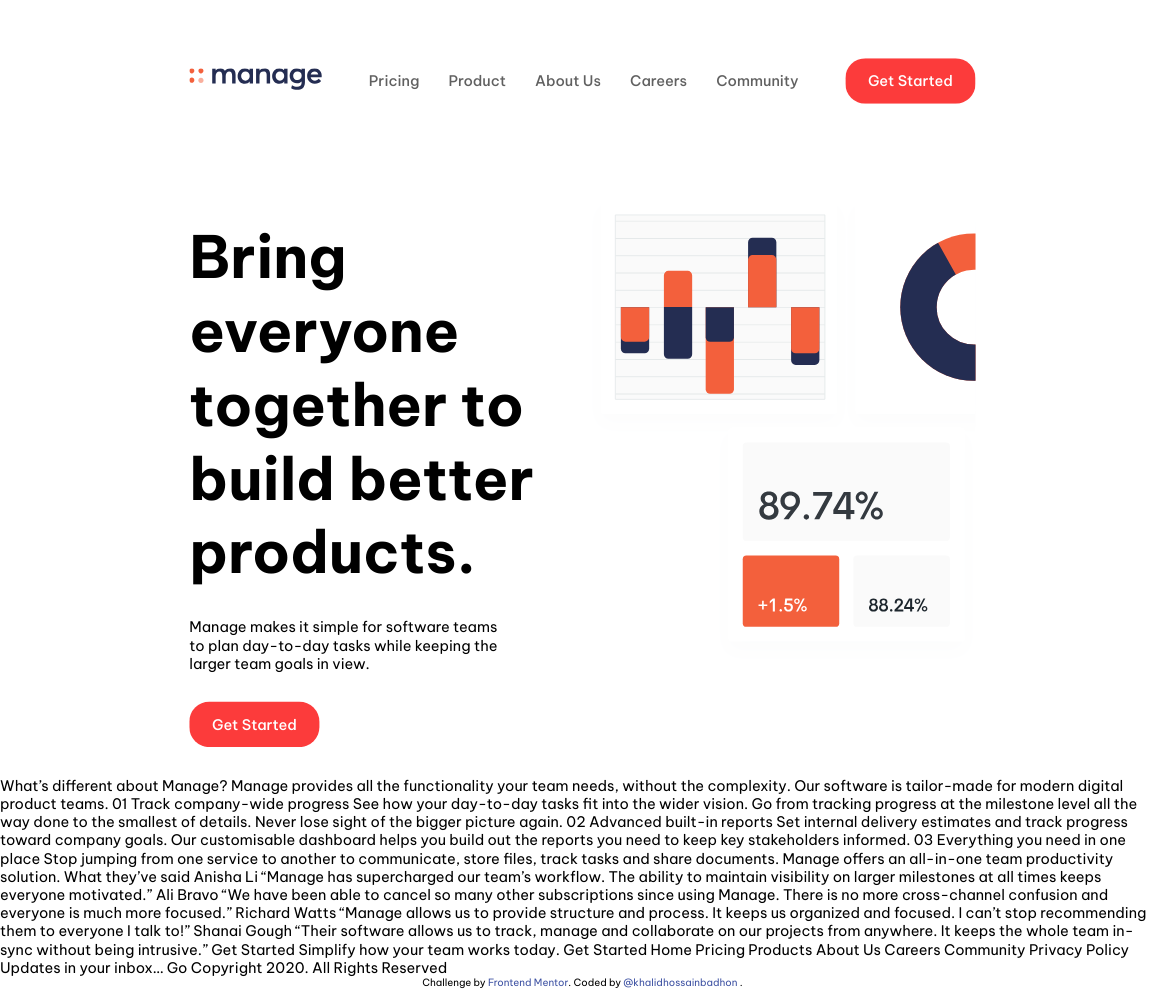
Repository: badhon252/revision
Page: manage-landing-page-master/index.html
The author's editor kept a copy of each file at every save. The page is drawn from the files as they stood at one save, then again after the next save.
The browser window is 1280 px wide. The pictures show the whole page, at 91% of full size.
The style sheet was rebuilt from its Sass, Less or Tailwind sources for each picture, by a compiler version that may differ from the author's.

Above is the page before, as saved 2022-08-07 17:31:00.

After the next save:
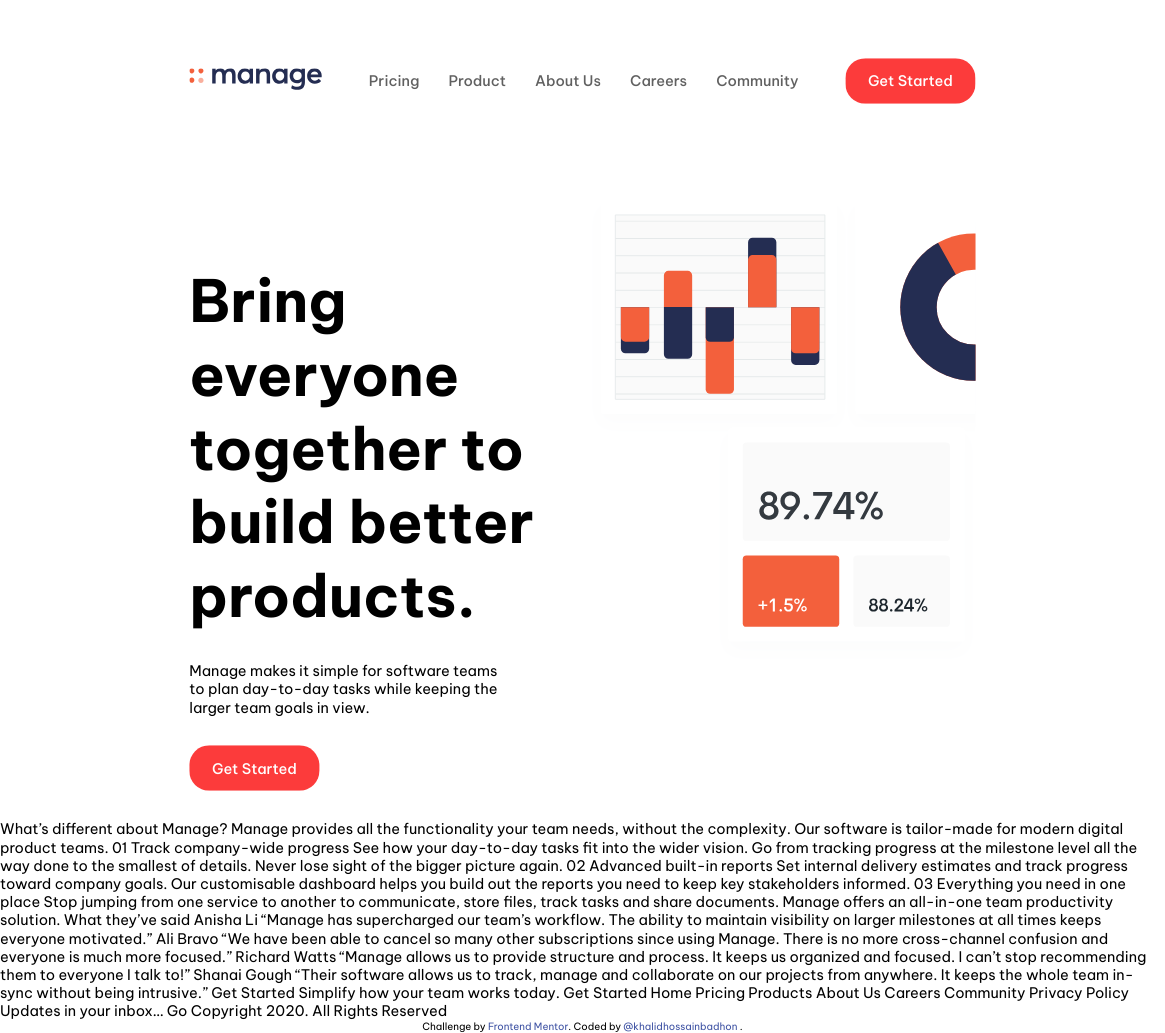
Saved 6 s later.
--- a/manage-landing-page-master/sass/style.scss
+++ b/manage-landing-page-master/sass/style.scss
@@ -64,7 +64,7 @@ header {
   .header-content {
     padding: 2rem 13rem;
     h1 {
-      padding-top: 2rem;
+      padding-top: 5rem;
       font-size: 4rem;
     }
     p {
